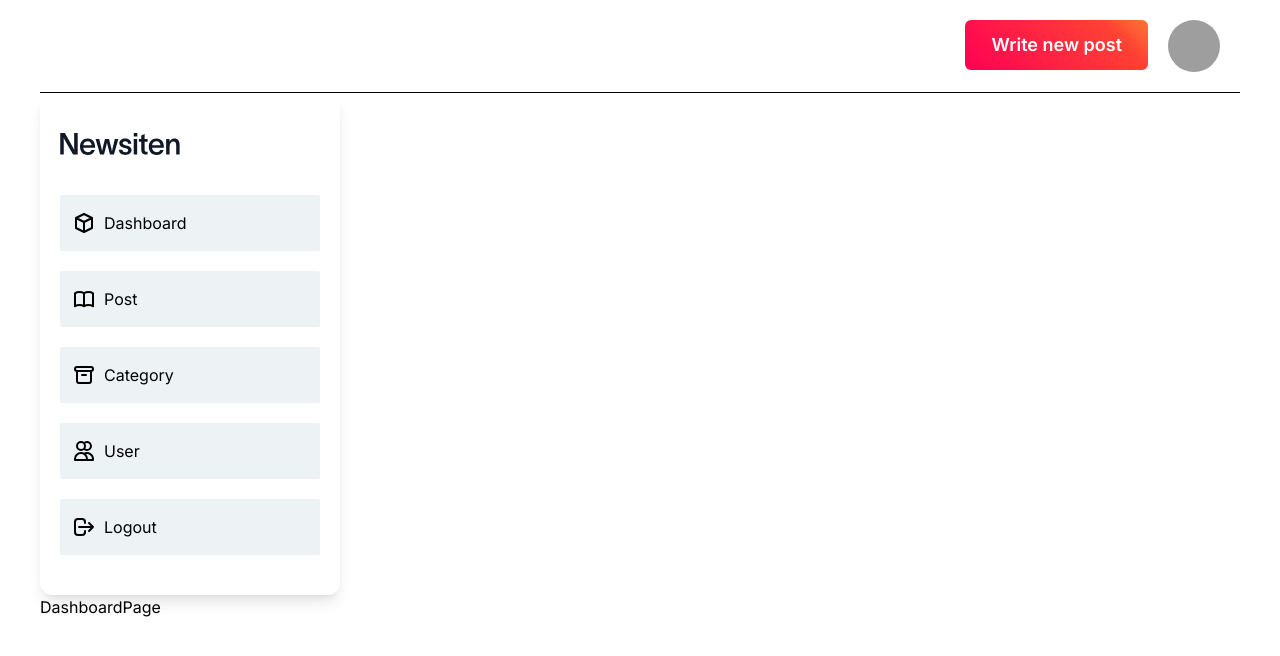
Repository: BrianPhamDev/Blog-App
Page: /dashboard
An editor plug-in stored every save of this project. The page is shown before and after the next save, followed by the edit.
The browser window is 1280 px wide. The pictures show the whole page.
Pictures or frames that could not be fetched are drawn as grey boxes. The project was rebuilt for these pictures with package versions that can differ from the ones it lists, and the page was loaded fresh each time. Also part of the build but not shown: src/pages/signUpPage/signUpPage.scss, src/components/label/label.scss, src/components/label/Label.js, src/components/input/input.scss, src/components/input/Input.js, src/components/input/InputPasswordToggle.js, src/components/input/index.js, src/pages/authenticationPage/authenticationPage.scss and 23 more. Imported but missing from the stored project, and not drawn on this page: src/components/icons.

Above is the page before, as saved 2023-08-02 21:05:40.

After the next save:
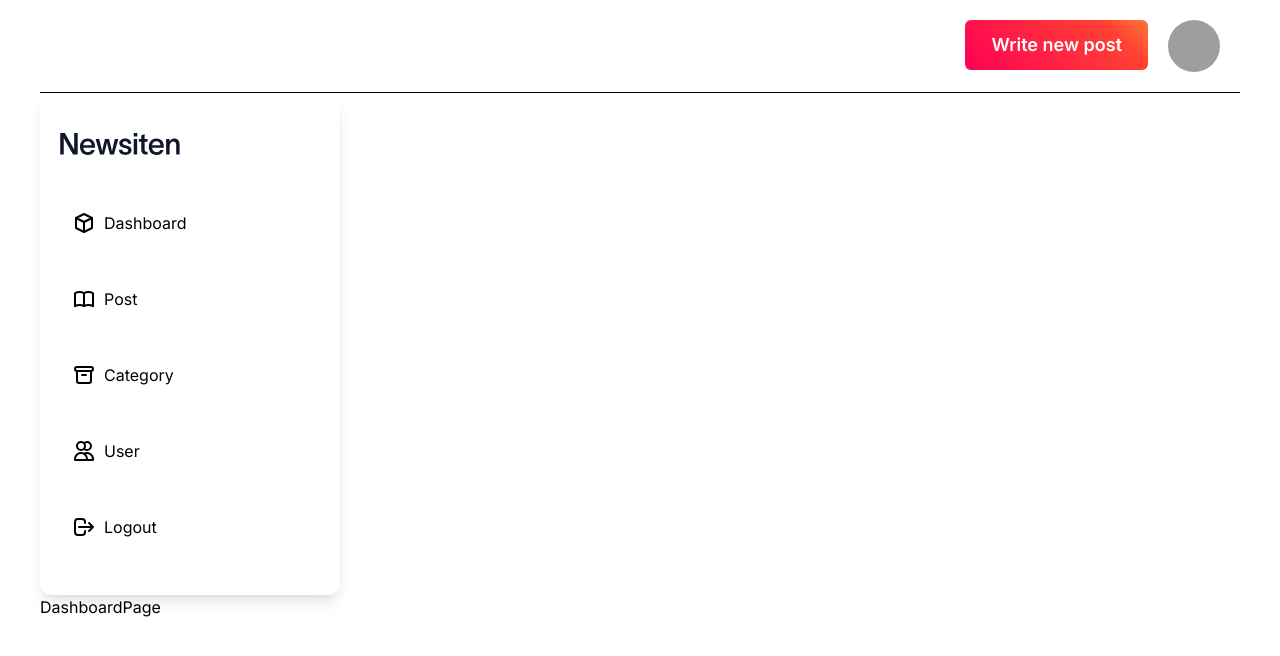
Saved 13 s later.
--- a/src/module/dashboard/Sidebar.js
+++ b/src/module/dashboard/Sidebar.js
@@ -115,7 +115,7 @@
         <NavLink
           key={item.url}
           to={item.url}
-          className={`menu-item flex gap-2 items-center px-3 py-4 bg-[var(--gray-300)] cursor-pointer hover-active rounded-sm`}
+          className={`menu-item flex gap-2 items-center px-3 py-4 bg-[var(--gray-300)]-0.8 cursor-pointer hover-active rounded-sm`}
         >
           <div className="menu-icon">{item.icon}</div>
           <div className="menu-title0.">{item.title}</div>

After the 5 saves that followed:
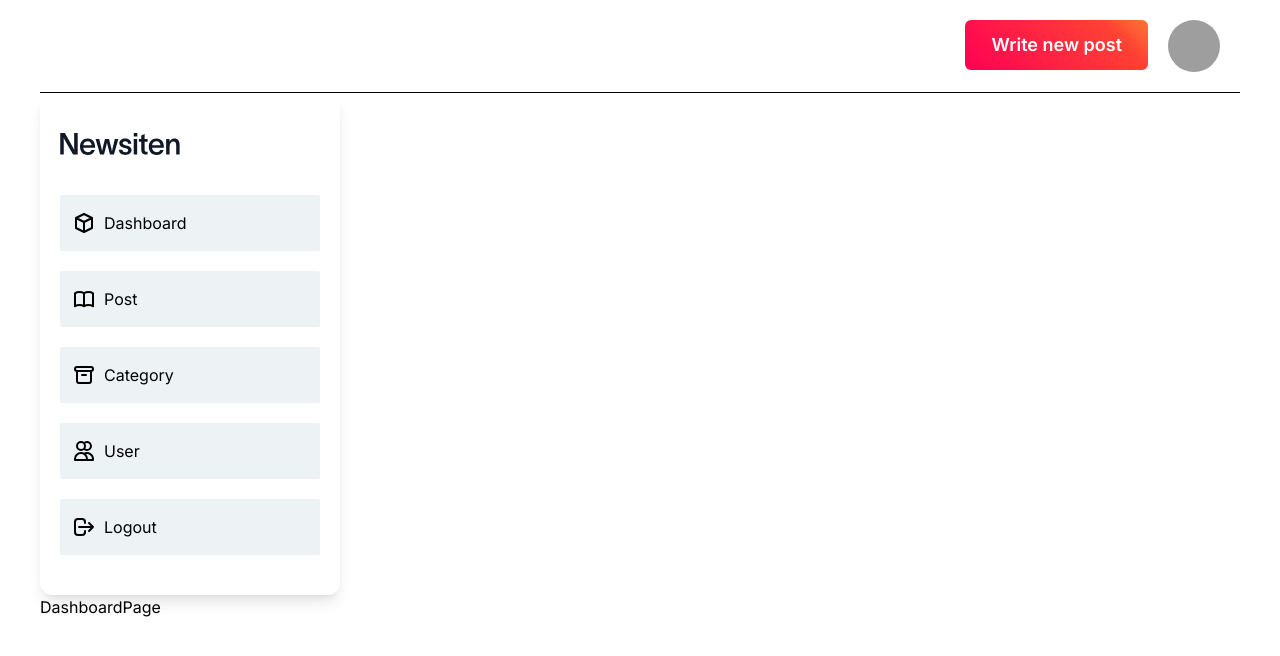
The 5 saves are shown as one change because 4 left the picture as it was.
The last was saved 58 s later.
--- a/src/module/dashboard/Sidebar.js
+++ b/src/module/dashboard/Sidebar.js
@@ -115,7 +115,7 @@
         <NavLink
           key={item.url}
           to={item.url}
-          className={`menu-item flex gap-2 items-center px-3 py-4 bg-[var(--gray-300)]-0.8 cursor-pointer hover-active rounded-sm`}
+          className={`menu-item flex gap-2 items-center px-3 py-4 bg-[var(--gray-300)] cursor-pointer hover-active rounded-sm`}
         >
           <div className="menu-icon">{item.icon}</div>
           <div className="menu-title0.">{item.title}</div>
